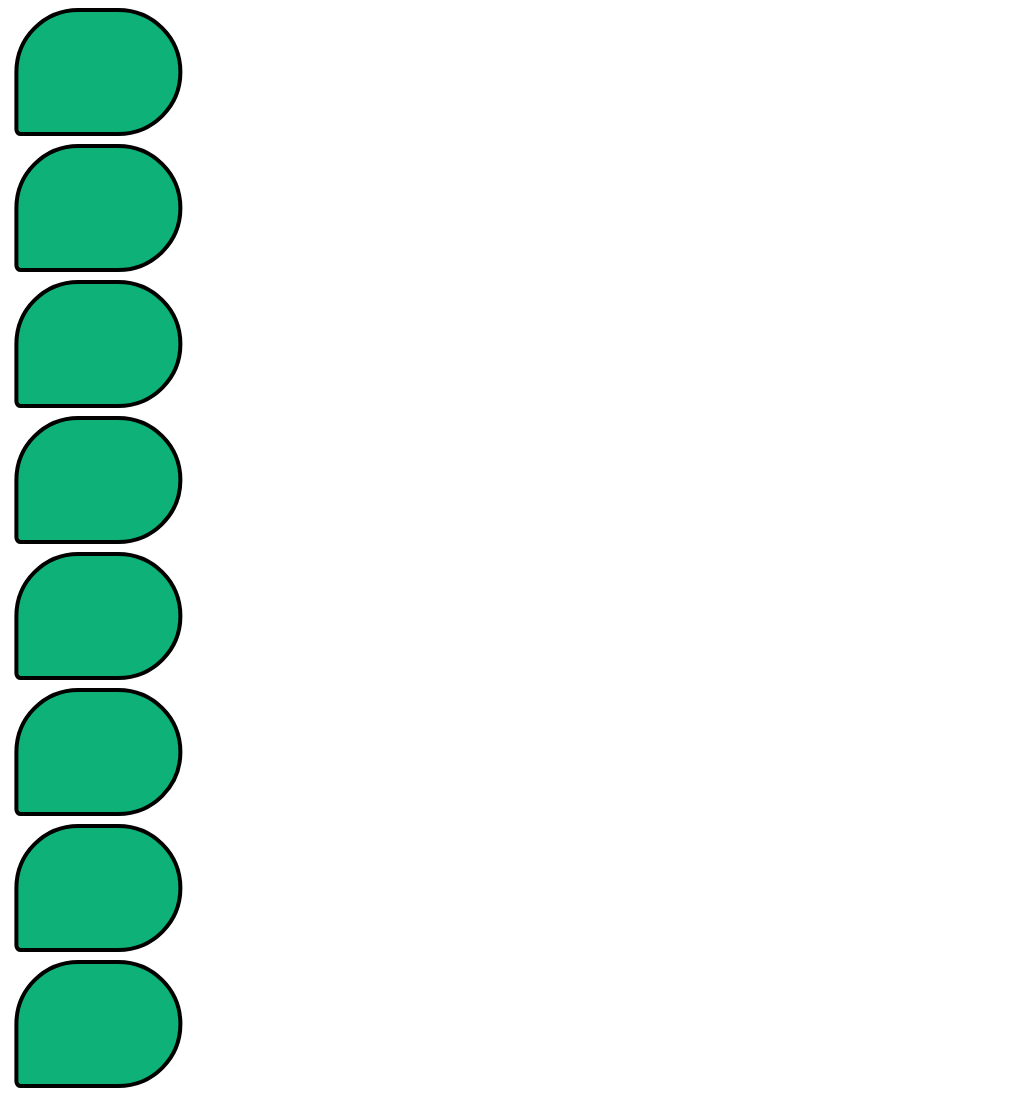
Repository: odasd/Ark-html
Page: 20200408/ex20200408/WebContent/ex02.html
An editor plug-in stored every save of this project. The page is shown before and after the next save, followed by the edit.
The browser window is 1280 px wide. The pictures show the whole page, at 80% of full size.

Above is the page before, as saved 2020-04-08 02:10:57.

After the next save:
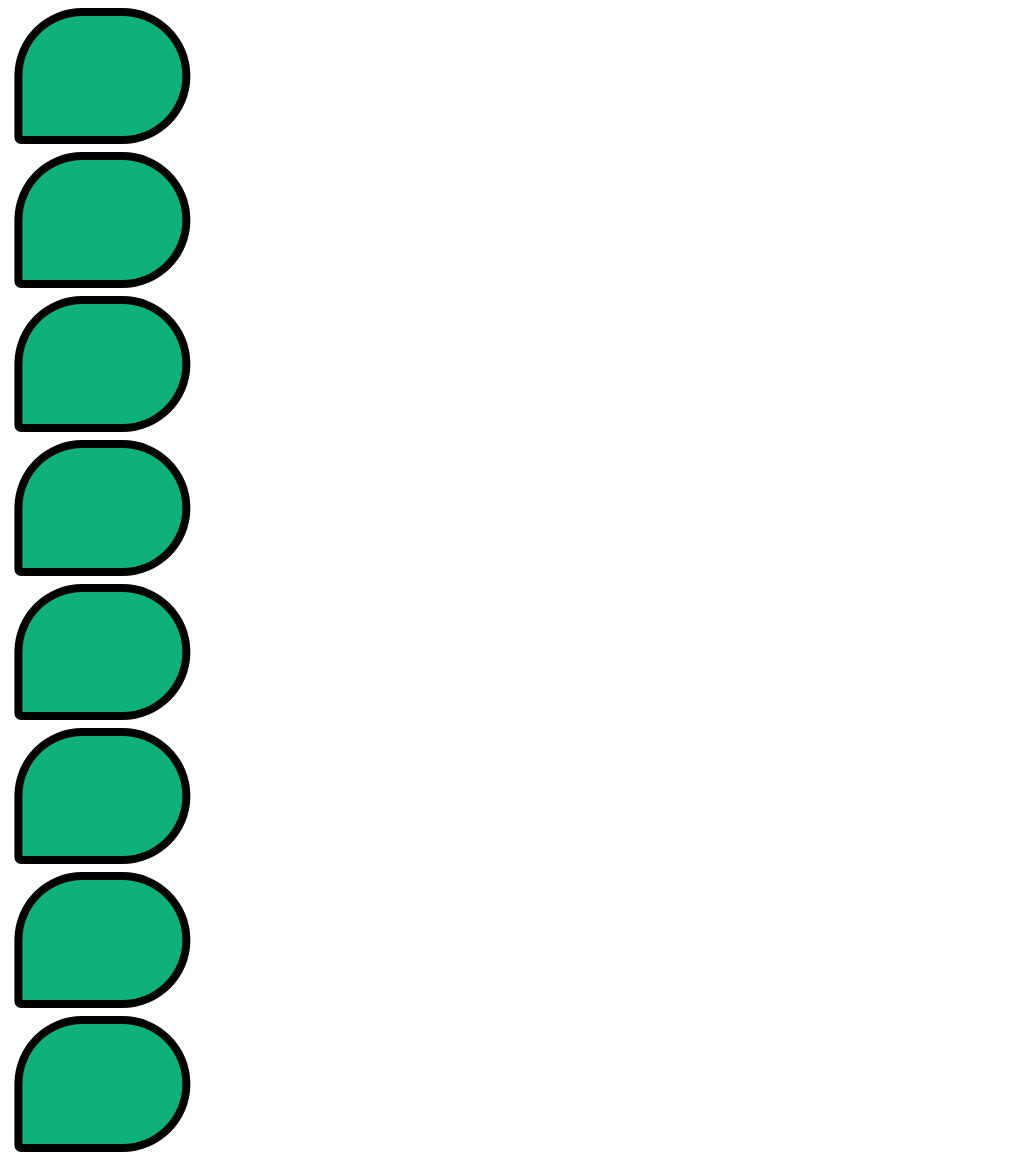
Saved 10 s later.
--- a/20200408/ex20200408/WebContent/ex02.html
+++ b/20200408/ex20200408/WebContent/ex02.html
@@ -5,7 +5,7 @@
 	<title>연습02</title>
 	<style>
 		.box {width:200px; height:150px; background:#0eb279; margin:10px;
-		border:5px solid black;
+		border:10px solid black;
 		border-radius:100px 100px 100px 10px;} /* 시계방향순으로 수정됨 */
 
 	</style>
